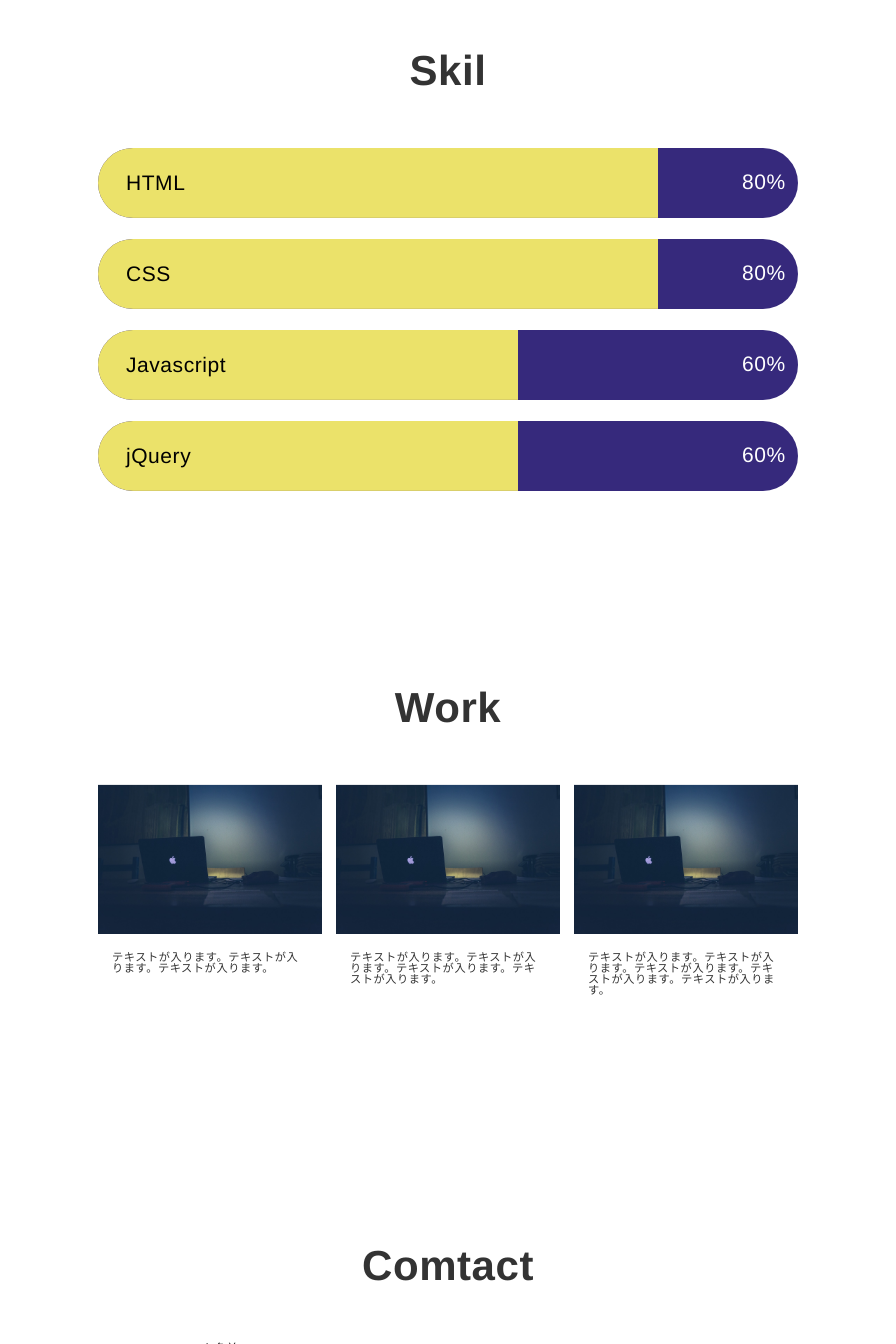
Repository: sadayuki15/portfolio
Page: index.html
The author's editor kept a copy of each file at every save. The page is drawn from the files as they stood at one save, then again after the next save.
The browser window is 1280 px wide. The pictures show the part of the page from y = 1665 to 3585 px (the page is 3916 px tall before and 3896 px after), at 70% of full size.

Above is the page before, as saved 2021-04-22 23:26:45.

### index.html
<!DOCTYPE html>
<html lang="ja">
<head>
  <meta charset="UTF-8">
  <meta http-equiv="X-UA-Compatible" content="IE=edge">
  <meta name="viewport" content="width=device-width, initial-scale=1.0">
  <link rel="stylesheet" href="./css/reset.css">
  <link rel="stylesheet" href="./css/style.css">
  <title>Document</title>
</head>
<body>
  <!-- header -->
  <header class="header">
    <div class="header-inner">
      <h1 class="header-title">PortFolio</h1>
      <nav class="header-nav">
        <ul class="nav-list">
          <li class="nav-item"><a href="#">Home</a></li>
          <li class="nav-item"><a href="#">About</a></li>
          <li class="nav-item"><a href="#">Skil</a></li>
          <li class="nav-item"><a href="#">Work</a></li>
          <li class="nav-item"><a href="#">Contact</a></li>
        </ul>
      </nav>
    </div>
  </header>
  <!-- //header -->

  <main>
  <!-- fv -->
  <div class="fv">
    <div class="main-copy">
      <p class="main-title">
        SADAYUKI<br>
        NISIYAMA
      </p>
    </div>
  </div>
  <!-- //fv -->

  <!-- About -->
  <div class="section-wrapper">
    <h2 class="section-title">ABOUT</h2>
    <div class="section-inner about">
      <div class="about-img-wrapper">
        <img src="" alt="">
      </div>
      <div class="about-contents">
        <p class="about-text">
          はじめまして、西山禎侑と申します。
        </p>
        <p class="about-text">
          1986年生まれ。鳥取県八頭郡出身。
        </p>
        <p class="about-text">
          地元の大学卒業後、民間企業へ入社。11年間、個人から法人までの営業、事務、企画等（主に金融業務）を経験し退職。
        </p>
        <p class="about-text">
          2021年2月より完全未経験からプログラミングを学習し、フリーランスエンジニアを目指し新たな道へ挑戦。
        </p>
        <p class="about-text">
          目指すは「頼んで良かった」、「またお願いしたい」と言われる人材に。
        </p>
        <p class="about-text">
          コーディング、Webサイト制作のお仕事が可能です。<br>
          お仕事のご相談等、お気軽にお問い合わせ下さい。
        </p>
        <p class="about-text">
          何卒、よろしくお願い致します。
        </p>
      </div>
    </div>
  </div>
  <!-- //About -->

  <!-- skil -->
  <div class="section-wrapper">
    <h2 class="section-title">Skil</h2>
    <div class="section-inner">
      <div class="chart">
        <div id="board">
          <div class="row">
            <span class="label">HTML</span>
            <div class="bar-wrap">
              <div class="bar" data-value="80"></div>
            </div>
            <span class="number">80%</span>
          </div><!-- row -->
          <div class="row">
            <span class="label">CSS</span>
            <div class="bar-wrap">
              <div class="bar" data-value="80"></div>
            </div>
            <span class="number">80%</span>
          </div><!-- row -->
          <div class="row">
            <span class="label">Javascript</span>
            <div class="bar-wrap">
              <div class="bar" data-value="60"></div>
            </div>
            <span class="number">60%</span>
          </div><!-- row -->
          <div class="row">
            <span class="label">jQuery</span>
            <div class="bar-wrap">
              <div class="bar" data-value="60"></div>
            </div>
            <span class="number">60%</span>
          </div><!-- row -->
        </div><!-- board -->
      </div><!-- chart -->
    </div>
  </div>
  <!-- //skil -->

  <!-- works -->
  <div class="section-wrapper">
    <h2 class="section-title">Work</h2>
    <div class="section-inner">
      <ul class="work-list">
        <li class="work-item">
          <a href="">
            <div class="work-img">
              <img src="./img/top2.jpg" alt="">
            </div>
            <p class="work-text">テキストが入ります。テキストが入ります。テキストが入ります。</p>
          </a>
        </li>
        <li class="work-item">
          <a href="">
            <div class="work-img">
              <img src="./img/top2.jpg" alt="">
            </div>
            <p class="work-text">テキストが入ります。テキストが入ります。テキストが入ります。テキストが入ります。</p>
          </a>
        </li>
        <li class="work-item">
          <a href="">
            <div class="work-img">
              <img src="./img/top2.jpg" alt="">
            </div>
            <p class="work-text">テキストが入ります。テキストが入ります。テキストが入ります。テキストが入ります。テキストが入ります。</p>
          </a>
        </li>
      </ul>
    </div>
  </div>
  <!-- //works -->

  <!-- contact -->
  <div class="section-wrapper">
    <h2 class="section-title">Comtact</h2>
    <div class="section-inner">
      <form action="https://docs.google.com/forms/u/0/d/e/1FAIpQLSfCjsqzzj8C34UUE0Mi2WnerATBCsd4cWR83YcoPwhWItEpFQ/formResponse">
        <ul class="contact-list">
          <li class="contact-item">
            <label for="name">お名前</label>
          </li>
          <li class="contact-item">
            <input id="name" type="text" name="entry.32834570" placeholder="お名前">
          </li>
        </ul>
        <ul class="contact-list">
          <li class="contact-item">
            <label for="name">フリガナ</label>
          </li>
          <li class="contact-item">
            <input id="name" type="text" name="entry.382189680" placeholder="フリガナ">
          </li>
        </ul>
        <ul class="contact-list">
          <li class="contact-item">
            <label for="email">メールアドレス</label>
          </li>
          <li class="contact-item">
            <input id="email" type="text" name="entry.303714741" placeholder="example@mail.co.jp">
          </li>
        </ul>
        <ul class="contact-list">
          <li class="contact-item">
            <label for="msg">お問い合わせ内容</label>
          </li>
          <li class="contact-item">
            <textarea id="msg" name="entry.1496098719" placeholder="お気軽にお問い合わせください。"></textarea>
          </li>
        </ul>
        <button type="submit" name="button" value="送信"></button>
      </form>
    </div>
  </div>
  <!-- //contact -->







  </main>



  <script src="jquery-3.6.0.min.js"></script>
  <script src="index.js"></script>
</body>
</html>

### css/style.css
html {
  font-size: 62.5%;
}
body {
  font-size: 1.6rem;
  letter-spacing: .05em;
  color: #171717;
  font-family: Helvetica, '游ゴシック', 'Yu Gothic', YuGothic, HiraKakuProN-W3, 'メイリオ', Meiryo, sans-serif;
}
ul {
  text-decoration: none;
}
li {
  list-style: none;
}
a {
  text-decoration: none;
}
img {
  width: 100%;
  vertical-align: bottom;
}
/*-------共通-------*/
.section-wrapper {
  padding: 100px 0 100px;
  margin-bottom: 50px;
}
.section-title{
  max-width: 1000px;
  color: #333;
  font-size: 6rem;
  margin: 0 auto 80px;
  padding: 0 30px;
  text-align: center;
}
.section-inner {
  max-width: 1000px;
  margin: 0 auto;
  padding: 0 50px;
}


/*-------header-------*/
.header {
  width: 100%;
  padding: 19px 30px;
  position: absolute;
  top: 0;
  left: 0;
  z-index: 1;
  transition: .3s;
  color: #fff;
  box-sizing: border-box;
}
.header-inner {
  max-width: 1200px;
  margin: 0 auto;
  display: flex;
  justify-content: space-between;
  align-items: center;
  box-sizing: border-box;
}
.header-title {
  font-size: 2.6rem;
}
.nav-list {
  display: flex;
}
.nav-item a {
  display: block;
  color: #fff;
  font-weight: bold;
  text-decoration: none;
  transition: .3s;
}
.nav-item {
  margin-right: 30px;
}
.nav-item:last-of-type {
  margin-right: 0;
}
.nav-item a:hover {
  opacity: .7;
  transition: .3s;
  text-decoration: 3px underline;
}

/*-------fv-------*/
.fv {
  width: 100%;
  height: 100vh;
  min-height: 550px;
  background-image: url(../img/fv-top.jpg);
  background-size: cover;
  background-position: center;
  /* position: relative; */
}
.main-copy {
  position: absolute;
  bottom: 155px;
  left: 120px;
  color: #fff;
  font-weight: bold;
}
.main-title{
  font-size: 15rem;
  text-align: center;
}

.about{
  display: flex;
  justify-content: space-between;
  align-items: center;
}
.about-img-wrapper {
  max-width: 480px;
}
.about-text {
  max-width: 480px;
  margin-bottom: 30px;
  line-height: 1.8;
  font-weight: bold;
}

/*-------skil-------*/
.content {
  width: 100%;
  height: 200px;
  line-height: 200px;
  text-align: center;
}
.chart {
  max-width: 1000px;
  margin: 0 auto;
}
.chart .row {
  position: relative;
  height: 100px;
  margin-bottom: 25px;
}
.chart .row span {
  color: #000;
  font-size: 1.8rem;
}
.chart .row span.label {
  position: absolute;
  top: 35px;
  left: 3%;
  padding-left: 10px;
  text-align: left;
  line-height: 30px;
  z-index: 10;
}
.chart .row .bar-wrap {
  position: relative;
  background: #36297c;
  width: 100%;
  height: 100%;
  overflow: hidden;
  border-radius: 50px;
}
.chart .row .bar-wrap .bar {
  position: absolute;
  top: 0;
  left: 0;
  height: 100%;
  background: #ebe26a;
  transition: all 1s;
  transform: translateX(-100%);
}
.chart .row .bar-wrap .bar.no {
  transform: translateX(0%);
}
.chart .row span.number {
  position: absolute;
  top: 35px;
  right: 3%;
  width: 40px;
  padding-right: 10px;
  text-align: right;
  line-height: 28px;
  z-index: 10;
  color: #fff;
}

/*-------work-------*/
.work-list {
  max-width: 1000px;
  margin: 0 auto 80px;
  display: flex;
  justify-content: space-between;
}
.work-item {
  width: 32%;
}
.work-item a {
  color: #333;
}
.work-text {
  padding: 25px 20px;
}

/*-------contact-------*/
.contact-list {
  max-width: 700px;
  margin: 0 auto;
  padding: 0 50px;
}


/*-------media-------*/
@media screen and (min-width: 1000px) {
  .chart .row {
    margin-bottom: 30px;
  }
  .chart .row span {
    color: #000;
    font-size: 3rem;
  }
}

@media screen and (max-width: 1000px) {
  .chart .row {
    margin-bottom: 30px;
  }
  .chart .row span {
    color: #000;
    font-size: 3vw;
  }
}

### index.js
function generateChart(wrapper) {
  let values = [];

  $(wrapper + ' .bar').each(function(index, el) {
    values.push($(this).data('value'));
  });

  $(wrapper + ' .bar').each(function(index, el) {
    let bar = $(this);
    let value = bar.data('value');

    bar.width(value + '%');

    let board = $('#board');
    let boardO = board.offset().top;
    let boardH = board.height();
    let windowH = $(window).height();
    let windowS = $(window).scrollTop();

    if(windowS > boardO - windowH + (windowH / 2) && windowS < boardO + boardH - (boardH / 2)){
      bar.addClass('no');
    }
  });
}

$(window).on('scroll', function(event) {
  generateChart('#board');
});

Loaded but not shown: css/reset.css (common file); jquery-3.6.0.min.js (library)

After the next save:
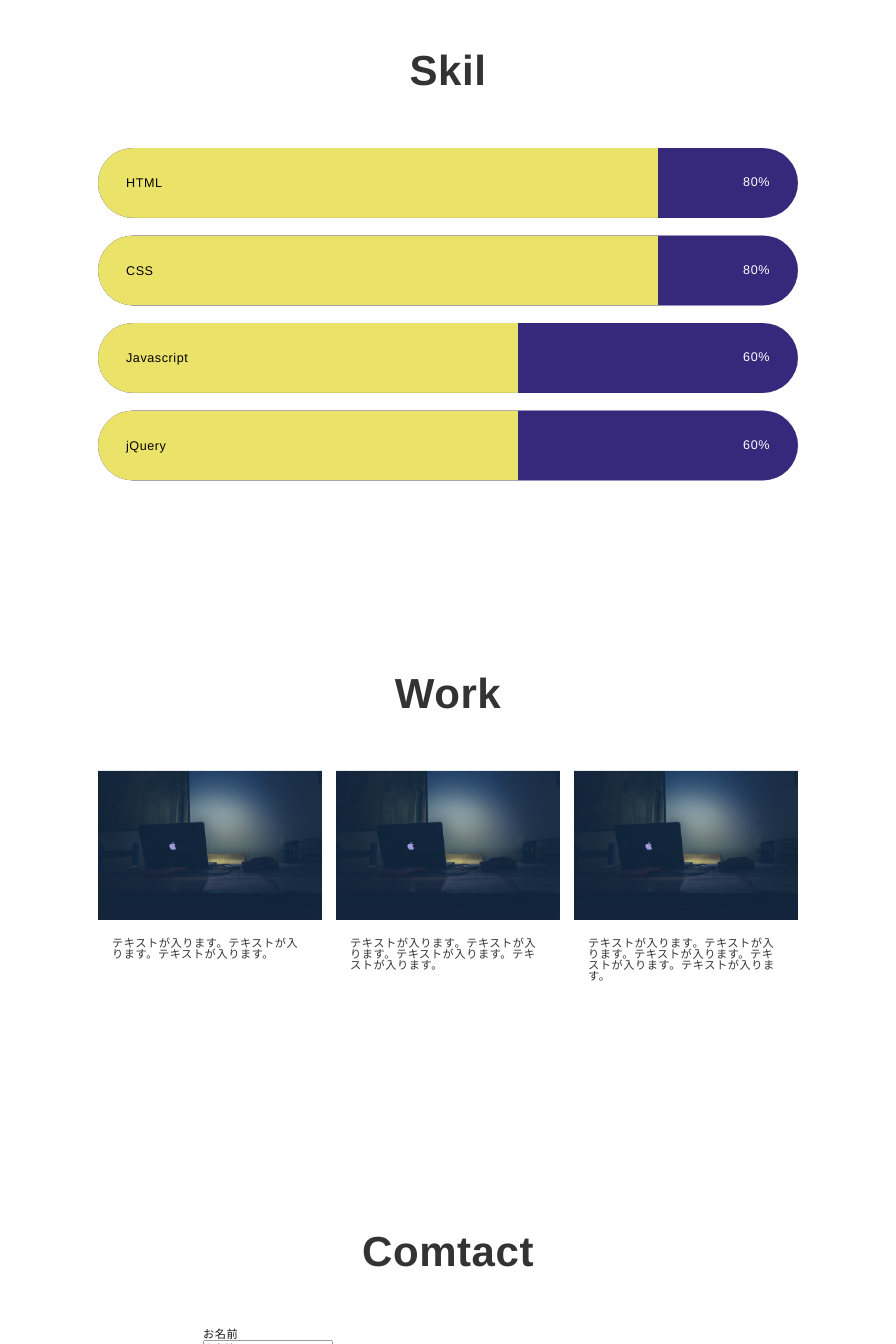
Saved 8 s later.
--- a/css/style.css
+++ b/css/style.css
@@ -206,7 +206,7 @@
   margin: 0 auto;
   padding: 0 50px;
 }
-
+con
 
 /*-------media-------*/
 @media screen and (min-width: 1000px) {

After the 4 saves that followed:
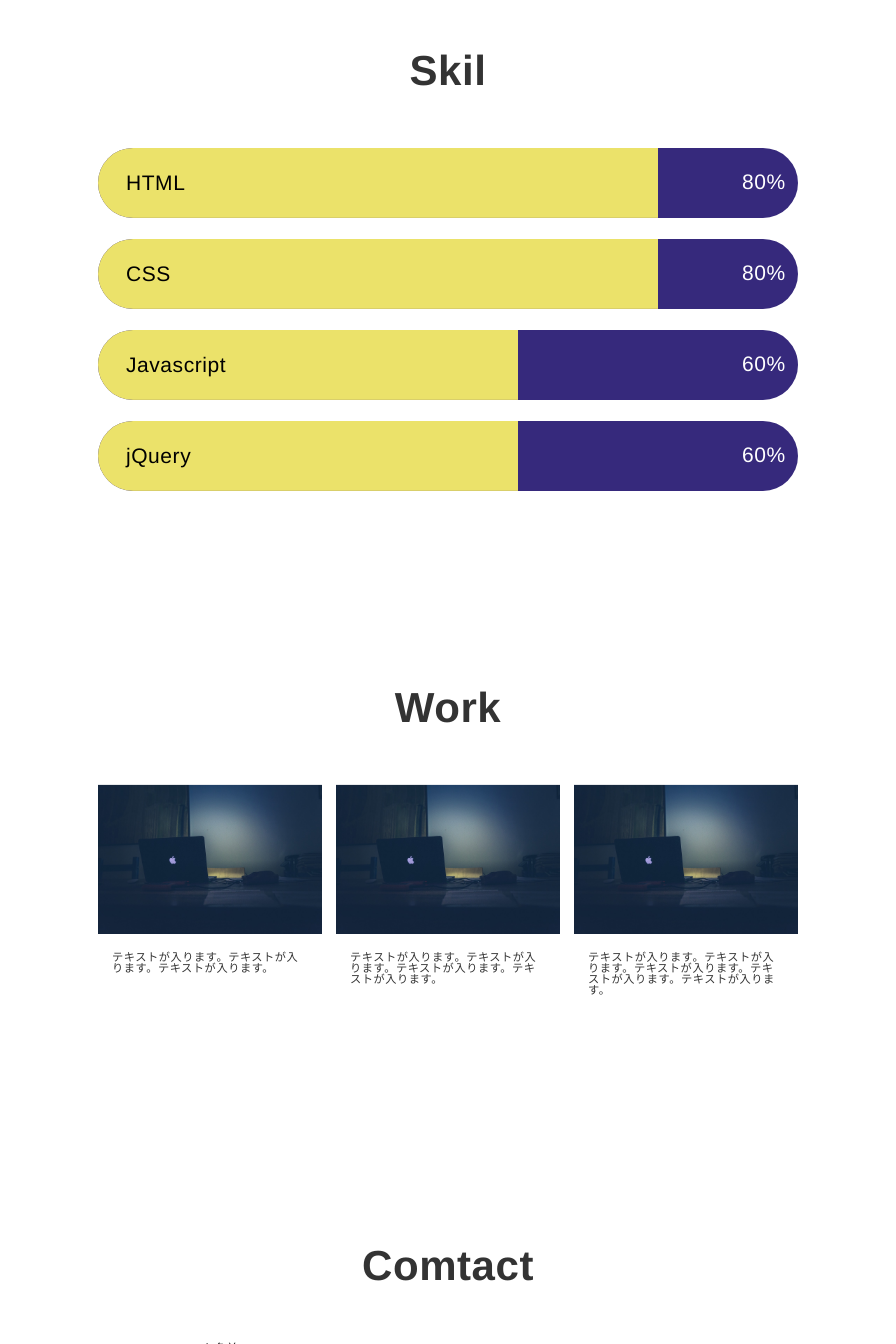
The 4 saves are shown as one change because they came seconds apart.
The last was saved 13 s later.
--- a/css/style.css
+++ b/css/style.css
@@ -206,7 +206,9 @@
   margin: 0 auto;
   padding: 0 50px;
 }
-con
+contact-item {
+
+}
 
 /*-------media-------*/
 @media screen and (min-width: 1000px) {
